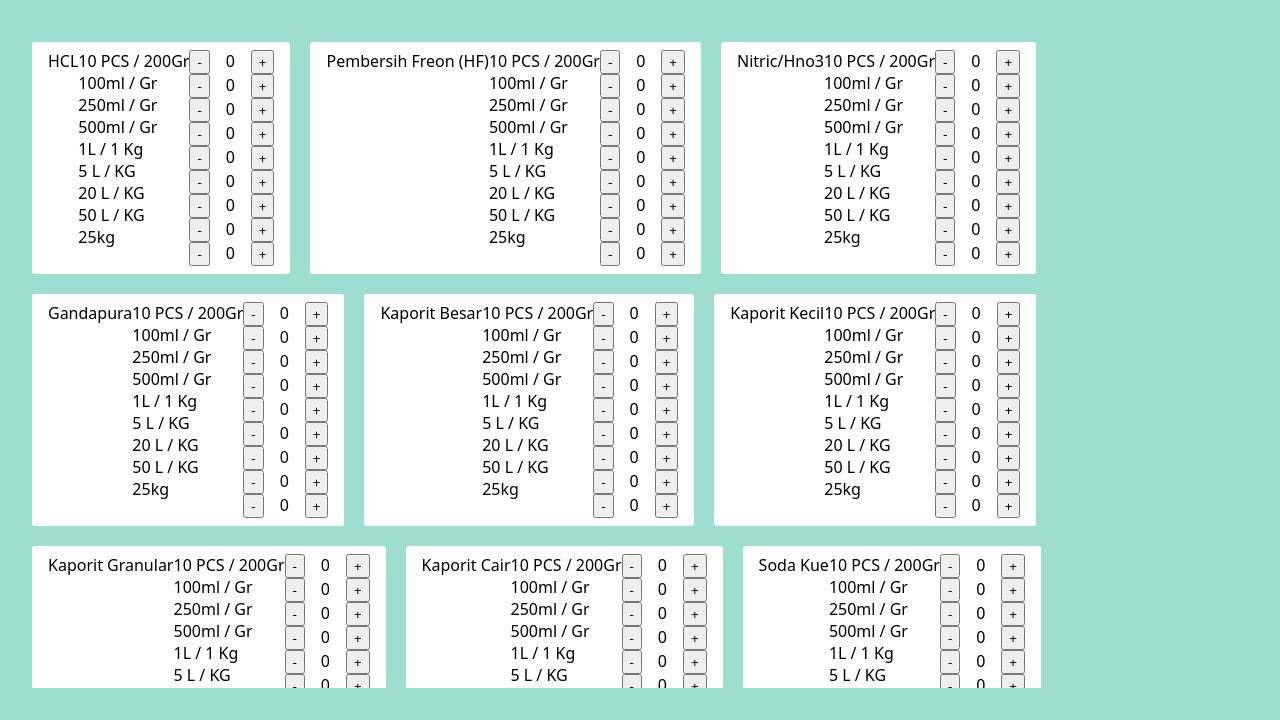
Repository: zuraniumlab-design/upstock-amsk
Page: /
These files come from the project's save history. The page is drawn as it stood at one moment and after the next save; the edit follows.
The browser window is 1280 px wide. The pictures show the whole page.
An inner scrolling area shows only its first screen. The project was rebuilt for these pictures with package versions that can differ from the ones it lists, and the page was loaded fresh each time. Also part of the build but not shown: vite.config.js.

Above is the page before, as saved 2026-06-18 16:44:24.

### index.html
<!doctype html>
<html lang="en">
  <head>
    <meta charset="UTF-8" />
    <link rel="icon" type="image/svg+xml" href="/favicon.svg" />
    <meta name="viewport" content="width=device-width, initial-scale=1.0" />
    <meta name="author" content="muhammad hakim ilahi">
    <title>UpStock</title>
  </head>
  <body>
    <div id="root"></div>
    <script type="module" src="/src/main.jsx"></script>
  </body>
</html>

### src/main.jsx
import { StrictMode } from 'react'
import { createRoot } from 'react-dom/client'
import './index.css'
import App from './App.jsx'
import { RouterProvider } from 'react-router-dom'
import router from './router.jsx'

createRoot(document.getElementById('root')).render(
  <RouterProvider router={router}></RouterProvider>
)

### src/index.css
* {
  box-sizing: border-box;
  font-family: system-ui, -apple-system, BlinkMacSystemFont, 'Segoe UI', Roboto, Oxygen, Ubuntu, Cantarell, 'Open Sans', 'Helvetica Neue', sans-serif;
}

body {
  margin: 0;
}

div {
  display: flex;
}

### src/router.jsx
import { createBrowserRouter } from "react-router-dom";
import App from "./App";


const router = createBrowserRouter([
  {
    element: <App />,
    path: '/'
  }
])

export default router

### src/App.module.css
.container {
  background-color: #9eded0;
  height: 100vh;
  width: 100vw;
  padding: 2rem;
}

/*? SIDEBAR START */
.sidebar {

}
/*? SIDEBAR END */

.content {
  height: calc(100vh - 4rem);
  width: 100%;
  overflow: hidden;
  position: relative;
  flex-direction: column;
}

.head {
  height: 10px;
}

.items {
  height: 100%;
  width: calc(100vw - 4rem);
  padding-right: 10px;
  overflow-y: auto;
  overflow-x: hidden;
  gap: 20px;
  flex-wrap: wrap;
}
.item {
  background-color: #fff;
  padding: 0.5rem 1rem;
  border-radius: 3px;
  width: fit-content;
  /* flex: 1; */
}

.displays, .stocks {
  flex-direction: column;
}

.stock {
  gap: 1rem;
}

Loaded but not shown: src/App.jsx (1547 lines, source omitted)

After the next save:
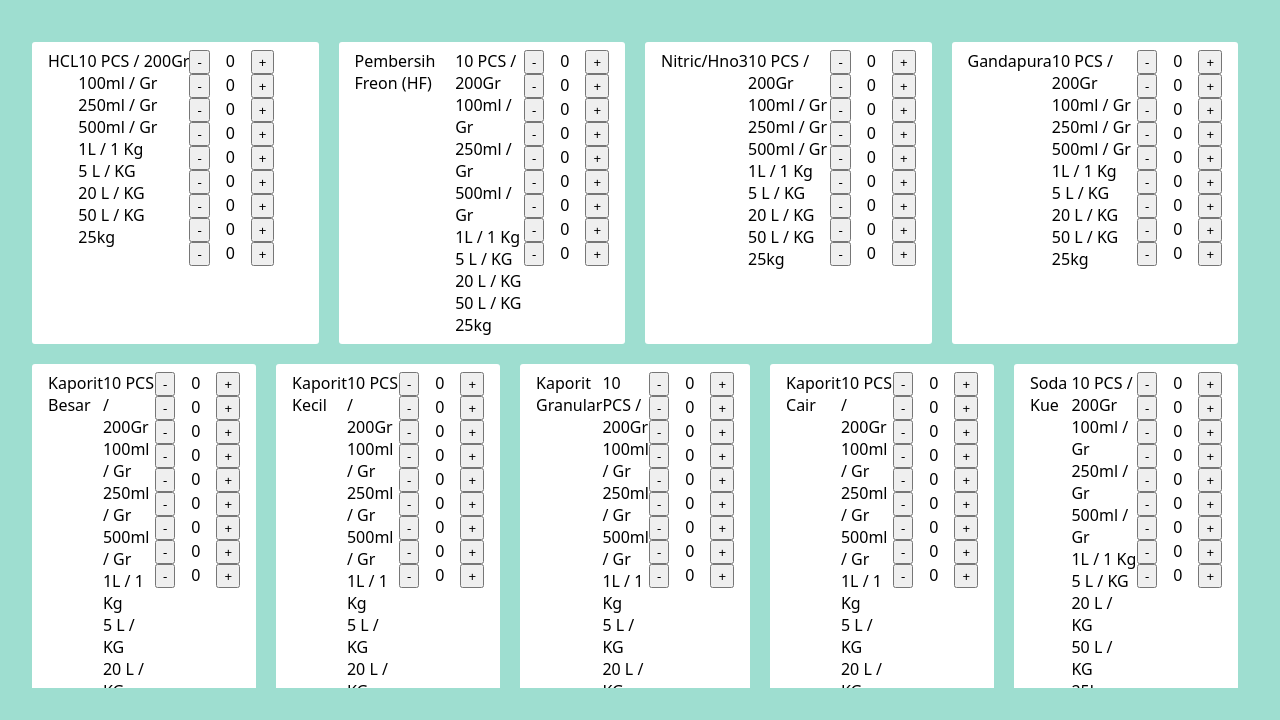
Saved 5 s later.
--- a/src/App.module.css
+++ b/src/App.module.css
@@ -37,7 +37,7 @@
   padding: 0.5rem 1rem;
   border-radius: 3px;
   width: fit-content;
-  /* flex: 1; */
+  flex: 1;
 }
 
 .displays, .stocks {
